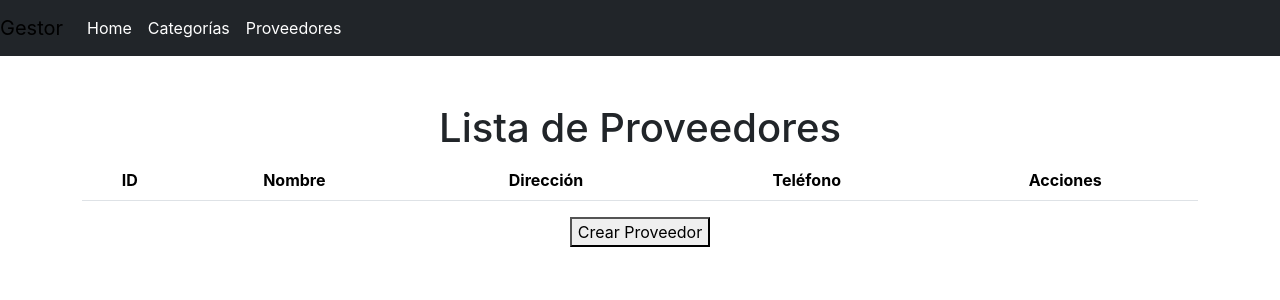
Repository: SantiagoGuaman/gestor-app
Page: /providers
An editor plug-in stored every save of this project. The page is shown before and after a run of saves, followed by the edit.
The browser window is 1280 px wide. The pictures show the whole page.
The page's requests for data from a server got no answer. The project was rebuilt for these pictures with package versions that can differ from the ones it lists, and the page was loaded fresh each time. No one was signed in, and anything a server would have sent is missing. Also part of the build but not shown: src/App.css, src/Categories/GetDataCategories.js, src/HomePage/HomePage.js.

Above is the page before, as saved 2024-02-15 09:35:06.

### public/index.html
<!DOCTYPE html>
<html lang="en">
  <head>
    <meta charset="utf-8" />
    <link rel="icon" href="%PUBLIC_URL%/favicon.ico" />
    <meta name="viewport" content="width=device-width, initial-scale=1" />
    <meta name="theme-color" content="#000000" />
    <meta
      name="description"
      content="Web site created using create-react-app"
    />
    <link rel="apple-touch-icon" href="%PUBLIC_URL%/logo192.png" />
    <!--
      manifest.json provides metadata used when your web app is installed on a
      user's mobile device or desktop. See https://developers.google.com/web/fundamentals/web-app-manifest/
    -->
    <link href="https://cdn.jsdelivr.net/npm/bootstrap@5.3.2/dist/css/bootstrap.min.css" rel="stylesheet" integrity="sha384-T3c6CoIi6uLrA9TneNEoa7RxnatzjcDSCmG1MXxSR1GAsXEV/Dwwykc2MPK8M2HN" crossorigin="anonymous">
    <link rel="manifest" href="%PUBLIC_URL%/manifest.json" />
    <!--
      Notice the use of %PUBLIC_URL% in the tags above.
      It will be replaced with the URL of the `public` folder during the build.
      Only files inside the `public` folder can be referenced from the HTML.

      Unlike "/favicon.ico" or "favicon.ico", "%PUBLIC_URL%/favicon.ico" will
      work correctly both with client-side routing and a non-root public URL.
      Learn how to configure a non-root public URL by running `npm run build`.
    -->
    <title>Gestor APP</title>
  </head>
  <body>
    <noscript>You need to enable JavaScript to run this app.</noscript>
    <div id="root"></div>
    <!--
      This HTML file is a template.
      If you open it directly in the browser, you will see an empty page.

      You can add webfonts, meta tags, or analytics to this file.
      The build step will place the bundled scripts into the <body> tag.

      To begin the development, run `npm start` or `yarn start`.
      To create a production bundle, use `npm run build` or `yarn build`.
    -->
  </body>
  <script src="https://cdn.jsdelivr.net/npm/bootstrap@5.3.2/dist/js/bootstrap.bundle.min.js" integrity="sha384-C6RzsynM9kWDrMNeT87bh95OGNyZPhcTNXj1NW7RuBCsyN/o0jlpcV8Qyq46cDfL" crossorigin="anonymous"></script>
</html>

### src/App.js
import { BrowserRouter, Route, Routes } from 'react-router-dom';
import './App.css';
import GetDataCategories from './Categories/GetDataCategories';
import NavBar from './NavBar/NavBar';
import GetDataProviders from './Proveedores/GetDataProviders';
import HomePage from './HomePage/HomePage';

function App() {
  return (
    <BrowserRouter>
      <NavBar />
      <Routes>
        <Route exact path='/' element={<HomePage />} />
        <Route exact path='/categories' element={<GetDataCategories />} />
        <Route exact path='/providers' element={<GetDataProviders />} />
      </Routes>
    </BrowserRouter>
  );
}

export default App;

### src/NavBar/NavBar.js
import React from 'react'
import { Link } from 'react-router-dom'
import './NavBar.css';

function NavBar() {
    return (
        <nav className="navbar navbar-expand-lg navbar-light bg-dark lg">
            <Link className="navbar-brand" to="/">Gestor</Link>
            <button className="navbar-toggler" type="button" data-toggle="collapse" data-target="#navbarNav" aria-controls="navbarNav" aria-expanded="false" aria-label="Toggle navigation">
                <span className="navbar-toggler-icon"></span>
            </button>
            <div className="collapse navbar-collapse" id="navbarNav">
                <ul className="navbar-nav" >
                    <li className="nav-item active">
                        <Link className="nav-link" to="/">Home</Link>
                    </li>
                    <li className="nav-item">
                        <Link className="nav-link" to="/categories">Categorías</Link>
                    </li>
                    <li className="nav-item">
                        <Link className="nav-link" to="/providers">Proveedores</Link>
                    </li>
                </ul>
            </div>
        </nav>
    )
}

export default NavBar

### src/Proveedores/GetDataProviders.js
import React, { useEffect, useState } from 'react'

function GetDataProviders() {

    const endPoint = 'http://localhost:8080/api/proveedores';

    const [proveedores, setProveedores] = useState([]);
    const [newProveedor, setNewProveedor] = useState({
        nombre: '',
        direccion: '',
        telefono: ''
    });

    const [editProveedor, setEditProveedor] = useState({
        nombre: '',
        direccion: '',
        telefono: ''
    });

    const [isCreateModalOpen, setCreateModalOpen] = useState(false);

    const fetchData = async () => {
        try {
            const response = await fetch(endPoint);
            if (response.ok) {
                const data = await response.json();
                setProveedores(data);
            }
        } catch (error) {
            console.error("Error fetching data:", error);
        }
    };

    const handleCreate = async () => {
        try {
            const response = await fetch(endPoint, {
                method: 'POST',
                headers: {
                    'Content-Type': 'application/json',
                },
                body: JSON.stringify(newProveedor),
            });

            if (response.ok) {
                console.log('Proveedor creado exitosamente');
                fetchData();
                setNewProveedor({
                    nombre: '',
                    direccion: '',
                    telefono: ''
                });
                setCreateModalOpen(false);
            } else {
                console.error('Error al crear el Proveedor');
            }
        } catch (error) {
            console.error('Error al procesar la solicitud de creación:', error);
        }
    };

    const handleEdit = (proveedor) => {
        setEditProveedor(proveedor);
    };

    const handleUpdate = async () => {
        try {
            const response = await fetch(`${endPoint}/${editProveedor.id_proveedor}`, {
                method: 'PUT',
                headers: {
                    'Content-Type': 'application/json',
                },
                body: JSON.stringify(editProveedor),
            });

            if (response.ok) {
                console.log('Proveedor actualizado exitosamente');
                fetchData();
                setEditProveedor({
                    nombre: '',
                    direccion: '',
                    telefono: ''
                });
            } else {
                console.error('Error al actualizar el Proveedor');
            }
        } catch (error) {
            console.error('Error al procesar la solicitud de actualización:', error);
        }
    };

    const handleDelete = async (id) => {
        try {
            const response = await fetch(`${endPoint}/${id}`, {
                method: 'DELETE',
            });

            if (response.ok) {
                console.log('Proveedor eliminado exitosamente');
                fetchData();
            } else {
                console.error('Error al eliminar al Proveedor');
            }
        } catch (error) {
            console.error('Error al procesar la solicitud de eliminación:', error);
        }
    }

    useEffect(() => {
        fetchData();
    }, []);

    return (
        <div className='container text-center mt-5'>
            <h1>Lista de Proveedores</h1>
            <table className="table table-hover">
                <thead>
                    <tr>
                        <th>ID</th>
                        <th>Nombre</th>
                        <th>Dirección</th>
                        <th>Teléfono</th>
                        <th>Acciones</th>
                    </tr>
                </thead>
                <tbody>
                    {proveedores.map((proveedor) => (
                        <tr key={proveedor.id_proveedor}>
                            <td>{proveedor.id_proveedor}</td>
                            <td>{proveedor.nombre}</td>
                            <td>{proveedor.direccion}</td>
                            <td>{proveedor.telefono}</td>
                            <td>
                                <button className='btn btn-secondary' onClick={() => handleEdit(proveedor)}>Editar</button>
                                <button className='btn btn-danger' onClick={() => handleDelete(proveedor.id_proveedor)}>Eliminar</button>
                            </td>
                        </tr>
                    ))}
                </tbody>
            </table>
            <button onClick={() => setCreateModalOpen(true)}>Crear Proveedor</button>
            {isCreateModalOpen && (
                <div className="modal" tabIndex="-1" role="dialog" style={{ display: 'block' }}>
                    <div className="modal-dialog" role="document">
                        <div className="modal-content">
                            <div className="modal-header">
                                <h5 className="modal-title">Crear Nuevo Proveedor</h5>
                                <button type="button" className="close" data-dismiss="modal" aria-label="Close" onClick={() => setCreateModalOpen(false)}>
                                    <span aria-hidden="true">&times;</span>
                                </button>
                            </div>

                            <div className="modal-body" style={{ display: 'flex', flexDirection: 'column' }}>
                                <input className='form-control mt-3'
                                    type="text"
                                    placeholder="Nombre"
                                    value={newProveedor.nombre}
                                    onChange={(e) => setNewProveedor({ ...newProveedor, nombre: e.target.value })}
                                />
                                <input className='form-control mt-3'
                                    type="text"
                                    placeholder="Dirección"
                                    value={newProveedor.direccion}
                                    onChange={(e) => setNewProveedor({ ...newProveedor, direccion: e.target.value })}
                                />
                                <input className='form-control mt-3'
                                    type="text"
                                    placeholder="Teléfono"
                                    value={newProveedor.telefono}
                                    onChange={(e) => setNewProveedor({ ...newProveedor, telefono: e.target.value })}
                                />
                            </div>
                            <div className="modal-footer mt-3">
                                <button type="button" className="btn btn-primary" onClick={handleCreate}>Crear</button>
                                <button type="button" className="btn btn-secondary" onClick={() => setCreateModalOpen(false)}>Cancelar</button>
                            </div>
                        </div>
                    </div>
                </div>

            )}

            {editProveedor.id_proveedor && (
                <div>
                    <h2>Editar Proveedor</h2>
                    <input
                        type="text"
                        value={editProveedor.nombre}
                        onChange={(e) => setEditProveedor({ ...editProveedor, nombre: e.target.value })}
                    />
                    <input
                        type="text"
                        value={editProveedor.direccion}
                        onChange={(e) => setEditProveedor({ ...editProveedor, direccion: e.target.value })}
                    />
                    <input
                        type="text"
                        value={editProveedor.telefono}
                        onChange={(e) => setEditProveedor({ ...editProveedor, telefono: e.target.value })}
                    />
                    <button className='btn btn-success' onClick={handleUpdate}>Guardar</button>
                </div>
            )}
        </div>
    );
}

export default GetDataProviders

### src/NavBar/NavBar.css
.nav-link {
    color: #FFFFFF; /* Color blanco */
  }

Loaded but not shown: src/index.js (common file); src/index.css (common file); src/reportWebVitals.js (common file)

After the next 7 saves:
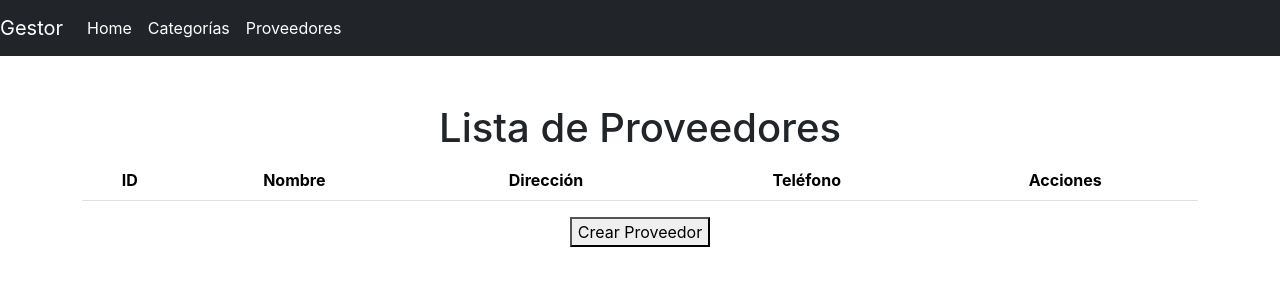
The 7 saves are shown as one change because they came seconds apart.
The last was saved 20 s later.
--- a/src/NavBar/NavBar.css
+++ b/src/NavBar/NavBar.css
@@ -1,3 +1,8 @@
 .nav-link {
-    color: #FFFFFF; /* Color blanco */
-  }
+    color: #FFFFFF;
+    /* Color blanco */
+}
+
+.navbar-brand {
+    color: #FFFFFF;
+}
